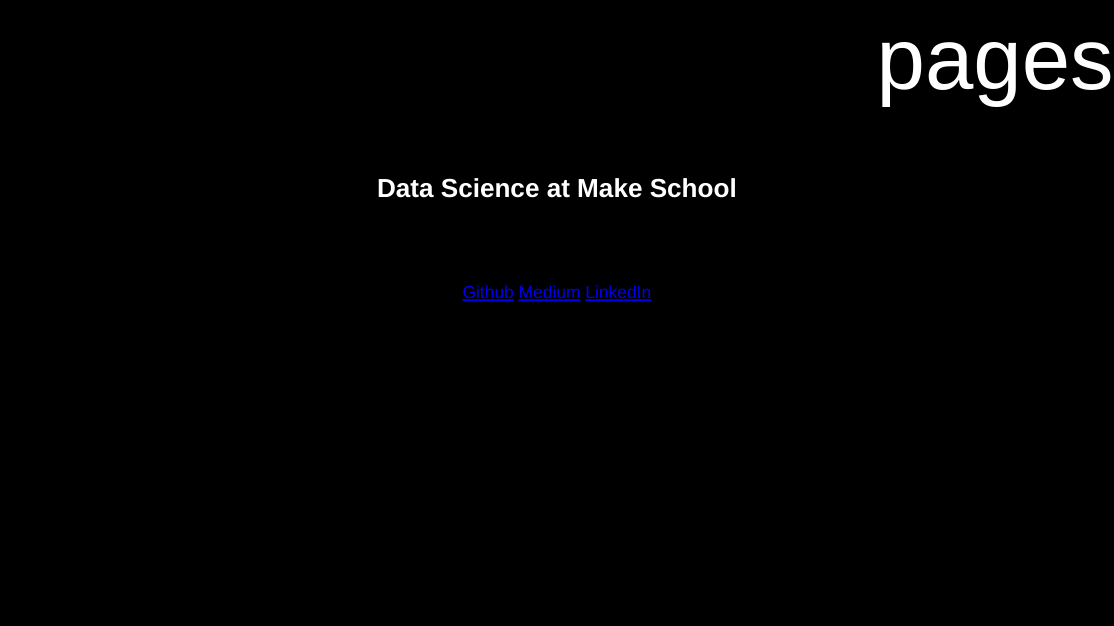
Repository: SamirIngley/html-semantic
Page: templates/index.html
The author's editor kept a copy of each file at every save. The page is drawn from the files as they stood at one save, then again after the next save.
The browser window is 1280 px wide. The pictures show the whole page, at 87% of full size.

Above is the page before, as saved 2020-02-06 07:32:06.

### templates/index.html
<!DOCTYPE html>
<html lang="en">

    <head>
        <meta charset="UTF-8">
        <center><title>Samir Ingle</title></center>
        <link href="style.css" rel="stylesheet">
    </head>
    <body>
        <div class="header-right">
            <nav>
                <div class='dropdown'>
                    <button class='dropbtn'>pages</button>
                    <div class="dropdown-content">
                        <a href="/about">about</a>
                        <a href="/projects">projects</a>
                        <a href="/contact">contact</a>
                    </div>
                </div>
            </nav>
        </div>

        <div class="main-content">
            <center><h2><b>Data Science</b> at Make School</h2></center>

        </div>

        <br>

        </p>
        <center>
        <div class="footer">
            <br>
            <a href="https://github.com/SamirIngley">Github</a>
            <a href="https://medium.com/@SamirIngle">Medium</a>
            <a href="https://www.linkedin.com/in/samiringle/">LinkedIn</a>
        </div>
        </center>

    </body>
</html>

### templates/style.css

/* * {
    box-sizing: border-box;
} */

body {
  margin: 0;
  font-size: 20px;
  background-color:rgb(0, 0, 0);
  color: white;
  font-family: Helvetica;
}

.wrapper {
  display: grid;
  grid-gap: 10px;
  grid-template-columns: repeat(2, 1fr);
  grid-template-rows: 300px 600px;
  /*
  The named areas below define where elements with
  those names are placed on the grid.
  */
  grid-template-areas:  "h h h r"
                        "s s m m"
                        "f . g g";
}

.wrapper>div {
  color: white;
  font-family: Helvetica;
  padding: 1em;
  display: flex;
  justify-content: space-between;
  align-items: center;
  /* height: 20px; */
}

.header {
  /* Name this element to place it on the grid */
  grid-area: h;
}

.header-right {
  grid-area: r;
}

.main-content {
  grid-area: m;
}

.side-bar {
  grid-area: s;
}

.footer {
  grid-area: f;
}

.footer-right {
  grid-area: g;
}

.wrapper>div:nth-child(1) {
  background-color: #97edab
}

.wrapper>div:nth-child(2) {
  background-color: #e5db8e
}

.wrapper>div:nth-child(3) {
  background-color: #97dced
}

.wrapper>div:nth-child(4) {
  background-color: #97a1ed
}

.wrapper>div:nth-child(5) {
  background-color: #b597ed
}

.wrapper>div:nth-child(6) {
  background-color: #ed979e
}



/* ----- Bio ----- */

.bio ul {
  list-style: none;
}



/* ----- Nav ----- */
nav {
  background-color: rgba(215, 176, 251, 0);
  /* font-weight:bold; */
}


nav a {
  color: white;
  text-align: right;
  font-size: 2vw;
  text-decoration: none;
}

nav a:hover{
  color: lime;
}

nav a.active {
  background-color: orange;
  color: purple;
}


nav {
  display: flex;
  justify-content: flex-end;
  list-style: none;
} */
/*
nav {
    padding: 1em;
} */




.topnav {
  overflow: hidden;
  background-color: rgb(226, 226, 226);
}

.topnav a {
  float: right;
  color: #ffffff;
  text-align: center;
  padding: 14px 16px;
  text-decoration: none;
  font-size: 3px;
}

.topnav a:hover {
  background-color: #ddd;
  color: black;
}

.topnav a.active {
  background-color: lime;
  color: white;
}


/* -------- Drop Down -------- */

.dropbtn {
  background-color: rgba(247, 246, 246, 0);
  color: white;
  /* padding: 60px; */
  padding: 10px 0px 50px 100px;

  font-size: 5em;
  border: 1px;
  cursor: pointer;
}

.dropbtn:hover {
  color: lime;

}

.dropdown {
  position: relative;
  display: inline-block;
}

.dropdown-content {
  display: none;
  position: absolute;
  padding: 0px;
  border: 0px;
  margin: 0px;

  right: 0;
  background-color: #6f6f6f00;
  min-width: 200px;
  box-shadow: 0px 8px 16px 0px rgba(0,0,0,0.2);
  z-index: 1;
}

.dropdown-content a {
  color: white;
  padding: 100px 100px 100 100px;
  text-decoration: none;
  display: block;
  font-size: 13em;

}

.dropdown-content a:hover {background-color: #00000000;}

.dropdown:hover .dropdown-content {display: block;}
.dropdown:hover .dropbtn {background-color: #000000;}

After the next save:
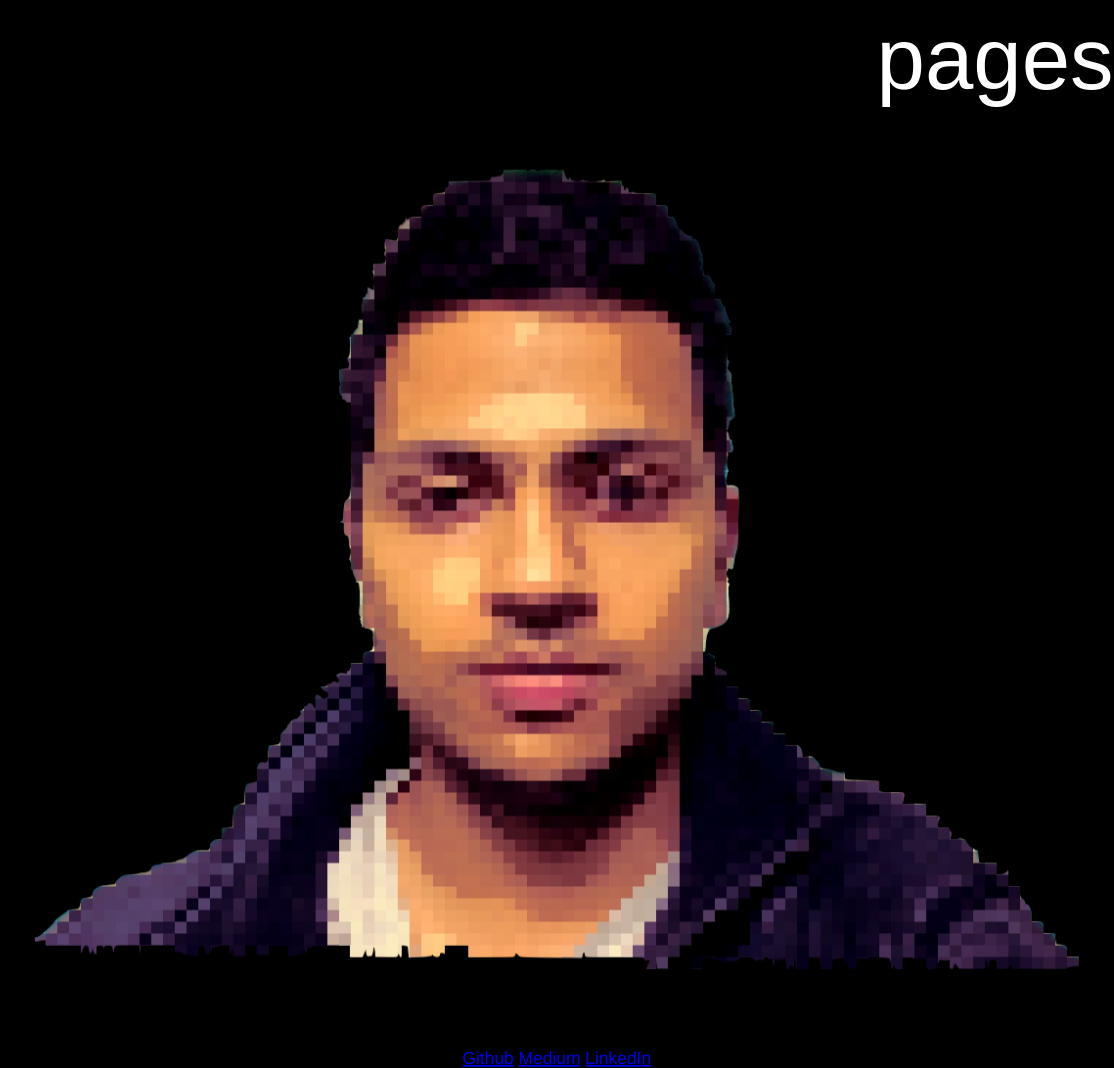
Saved 2 min 36 s later.
--- a/templates/index.html
+++ b/templates/index.html
@@ -21,8 +21,10 @@
         </div>
 
         <div class="main-content">
-            <center><h2><b>Data Science</b> at Make School</h2></center>
-
+            <figure>
+                <img src="static/images/8-bit.png" alt="samir-profile-pic" style="width:100%;">
+                <!-- <figcaption>Samir Ingle headshot</figcaption> -->
+            </figure>
         </div>
 
         <br>
